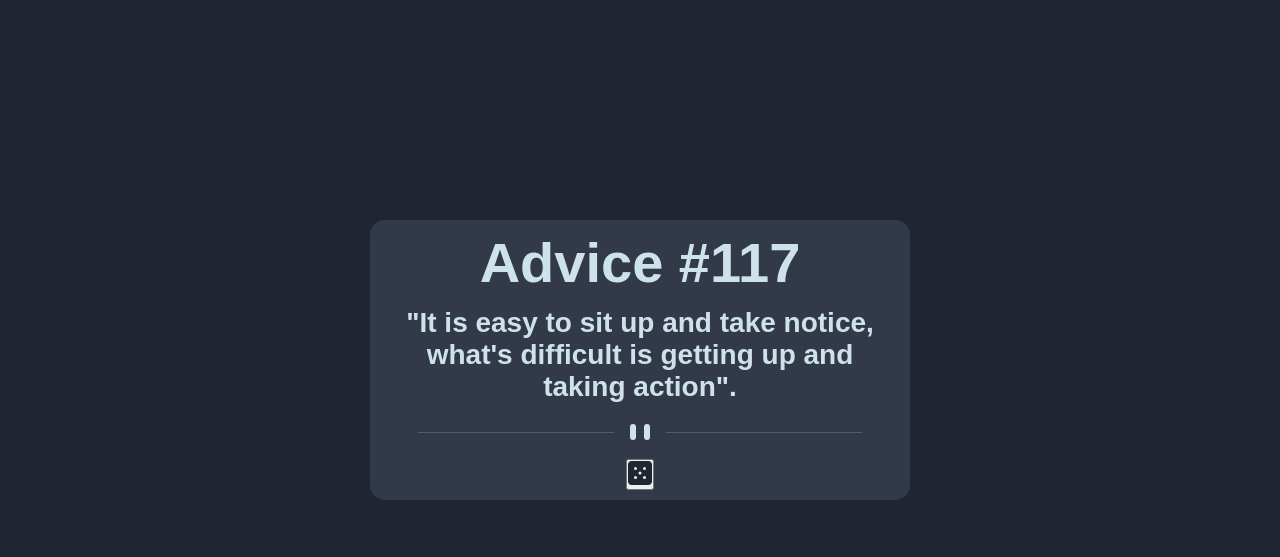
Repository: Daki-builds/advice-generator-app
Page: index.html
These files come from the project's save history. The page is drawn as it stood at one moment and after the next save; the edit follows.
The browser window is 1280 px wide. The pictures show the whole page.

Above is the page before, as saved 2026-10-08 18:54:33.

### index.html
<!DOCTYPE html>
<html lang="en">

<head>
  <meta charset="UTF-8">
  <meta name="viewport" content="width=device-width, initial-scale=1.0">
  <link rel="icon" type="image/png" sizes="32x32" href="./images/favicon-32x32.png">
  <link rel="stylesheet" href="style.css">
  <title>Frontend Mentor | Advice generator app</title>

</head>

<body>
  <main class="container">
    <h1>Advice #<span id="advice-id">117</span></h1>
    <p id="adviceText">"It is easy to sit up and take notice, what's difficult is getting up and taking action".</p>
    <div>
      <img src="./images/pattern-divider-desktop.svg" alt="divider">
    </div>
    <button id="adviceBtn"><img src="./images/icon-dice.svg" alt="dice">
    </button>
  </main>
</body>

</html>

### style.css
* {
  margin: 0;
  padding: 0;
  box-sizing: border-box;
}

:root {
  --blue-200: hsl(193, 38%, 86%);
  --green-300: hsl(150, 100%, 66%);
  --blue-600: hsl(217, 19%, 38%);
  --blue-900: hsl(217, 19%, 24%);
  --blue-950: hsl(218, 23%, 16%);

  --font-family: "Manrope", sans-serif;
  --font-weight: 800;
  --font-size: 28px;
}

body {
  font-family: var(--font-family);
  font-weight: var(--font-weight);
  font-size: var(--font-size);
  background-color: var(--blue-950);
  color: var(--blue-200);
  display: flex;
  justify-content: center;
  padding: 24px;
  align-items: center;
  min-height: 100vh;
}

.container {
  position: relative;
  background-color: var(--blue-900);
  display: flex;
  flex-direction: column;
  align-items: center;
  gap: 12px;
  padding: 10px 30px;
  width: 60%;
  max-width: 540px;
  border-radius: 15px;
  text-align: center;
}

After the next save:
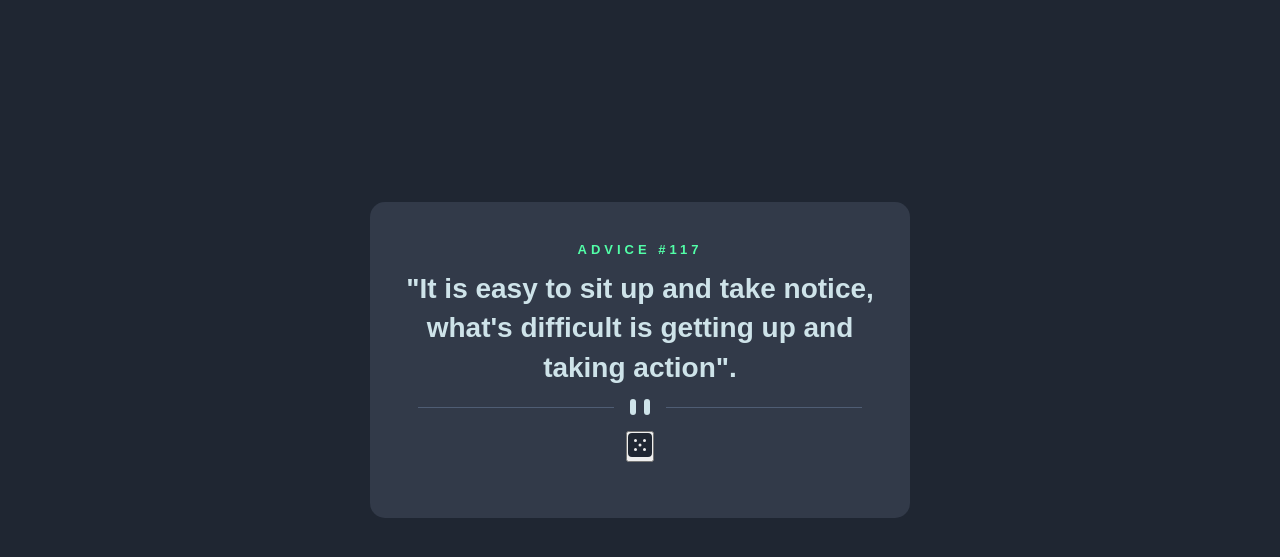
Saved 8 min 38 s later.
--- a/style.css
+++ b/style.css
@@ -19,7 +19,6 @@
 body {
   font-family: var(--font-family);
   font-weight: var(--font-weight);
-  font-size: var(--font-size);
   background-color: var(--blue-950);
   color: var(--blue-200);
   display: flex;
@@ -36,9 +35,21 @@ body {
   flex-direction: column;
   align-items: center;
   gap: 12px;
-  padding: 10px 30px;
-  width: 60%;
+  padding: 40px 24px 56px;
+  width: 100%;
   max-width: 540px;
   border-radius: 15px;
   text-align: center;
 }
+
+h1 {
+  font-size: 13px;
+  letter-spacing: 4px;
+  text-transform: uppercase;
+  color: var(--green-300);
+}
+
+p {
+  font-size: var(--font-size);
+  line-height: 1.4;
+}
